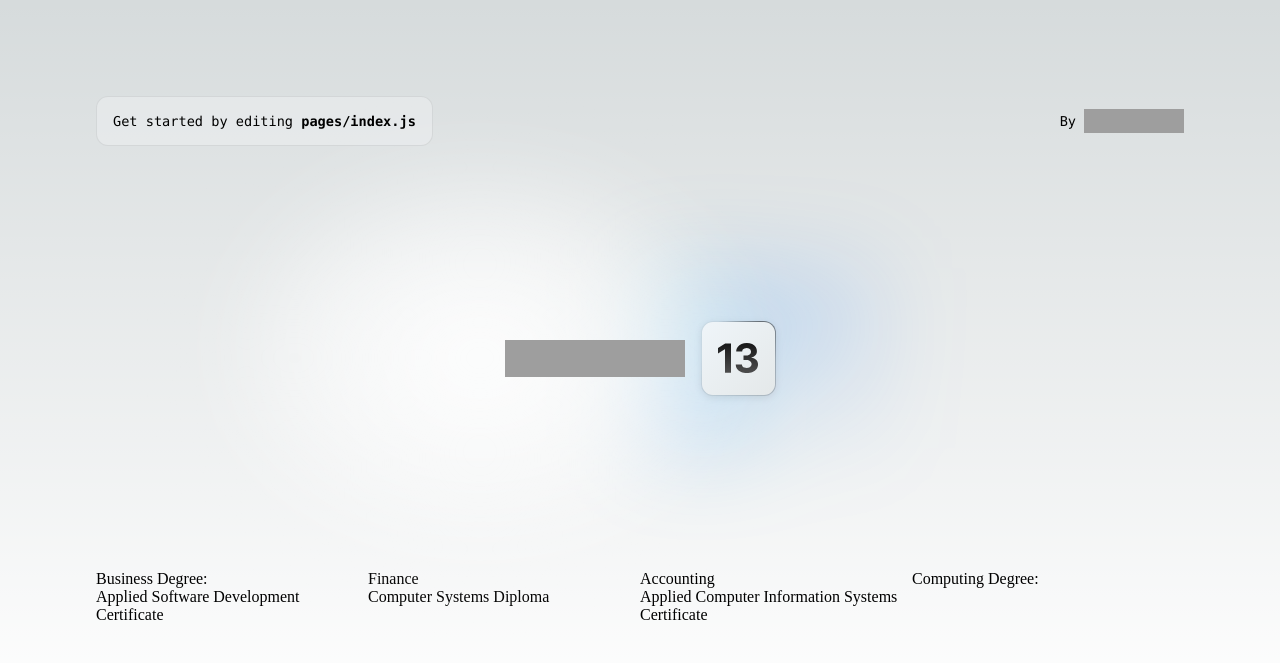
Repository: KushalK04/week3
Page: /
An editor plug-in stored every save of this project. The page is shown before and after the next save, followed by the edit.
The browser window is 1280 px wide. The pictures show the whole page.
Pictures or frames that could not be fetched are drawn as grey boxes. The project was rebuilt for these pictures with package versions that can differ from the ones it lists, and the page was loaded fresh each time. The framework's server and built-in components were replaced by stand-ins that run in the browser. Also part of the build but not shown: next.config.js.

Above is the page before, as saved 2023-01-16 15:05:40.

### pages/index.js
import Head from 'next/head'
import Image from 'next/image'
import { Inter } from '@next/font/google'
import styles from '../styles/Home.module.css'
import data from '../data/education.json'
import { useState } from 'react'
import Card from '../components/Card'

const inter = Inter({ subsets: ['latin'] })

export default function Home() {

  console.log(data);
  const [information, setInformation] = useState([...data])

  return (
    <>
      <Head>
        <title>Create Next App</title>
        <meta name="description" content="Generated by create next app" />
        <meta name="viewport" content="width=device-width, initial-scale=1" />
        <link rel="icon" href="/favicon.ico" />
      </Head>
      <main className={styles.main}>
        <div className={styles.description}>
          <p>
            Get started by editing&nbsp;
            <code className={styles.code}>pages/index.js</code>
          </p>
          <div>
            <a
              href="https://vercel.com?utm_source=create-next-app&utm_medium=default-template&utm_campaign=create-next-app"
              target="_blank"
              rel="noopener noreferrer"
            >
              By{' '}
              <Image
                src="/vercel.svg"
                alt="Vercel Logo"
                className={styles.vercelLogo}
                width={100}
                height={24}
                priority
              />
            </a>
          </div>
        </div>

        <div className={styles.center}>
          <Image
            className={styles.logo}
            src="/next.svg"
            alt="Next.js Logo"
            width={180}
            height={37}
            priority
          />
          <div className={styles.thirteen}>
            <Image
              src="/thirteen.svg"
              alt="13"
              width={40}
              height={31}
              priority
            />
          </div>
        </div>

        <div className={styles.grid}>
          <div>Business Degree:</div>
          {
            information && information.map((info, index) => {
              if(info.department === "Business") {

                return(
                  <div key={index}>{info.degree}</div>
                )

              }

            })
          }
          <div>Computing Degree:</div>
          {
            information && information.map((info, index) => {
              if(info.department === "Computing") {

                return(
                  <div key={index}>{info.degree}</div>
                )

              }

            })
          }
        </div>
      </main>
    </>
  )
}

### data/education.json
[
        {
            "studentNumber": "A0004567",
            "firstName": "Person 1",
            "gpa": 3.8,
            "department": "Business",
            "degree": "Finance",
            "graduted": 2014
        },
        {
            "studentNumber": "A0001234",
            "firstName": "Person 2",
            "gpa": 3.5,
            "department": "Business",
            "degree": "Accounting",
            "graduted": 2010
        },
        {
            "studentNumber": "A0007890",
            "firstName": "Person 3",
            "gpa": 3.2,
            "department": "Computing",
            "degree": "Applied Software Development Certificate",
            "graduted": 2018
        },
        {
            "studentNumber": "A0007828",
            "firstName": "Person 4",
            "gpa": 3.9,
            "department": "Computing",
            "degree": "Computer Systems Diploma",
            "graduted": 2021
        },
        {
            "studentNumber": "A0003425",
            "firstName": "Person 5",
            "gpa": 3.2,
            "department": "Computing",
            "degree": "Applied Computer Information Systems Certificate",
            "graduted": 2021
        }
]

### components/Card/index.js
export default function Card({
    degree = "none",
    colour = "purple",
    font = 0,
    image = 'icon/personTwo.png'
}) {
    return(
        <div style={{backgroundColor: colour, fontSize: font}}>
            {
                colour === "red" ? <img src={'icon/person.png'} width="50"/> :
                colour === "blue" ? <img src={'icon/personThree.png'} width="50"/> :
                                    <img src={image} width="50"/>
            }
            {degree}
        </div>
    )
}

Loaded but not shown: pages/_app.js (common file); pages/_document.js (common file); styles/globals.css (common file); styles/Home.module.css (common file)

After the next save:
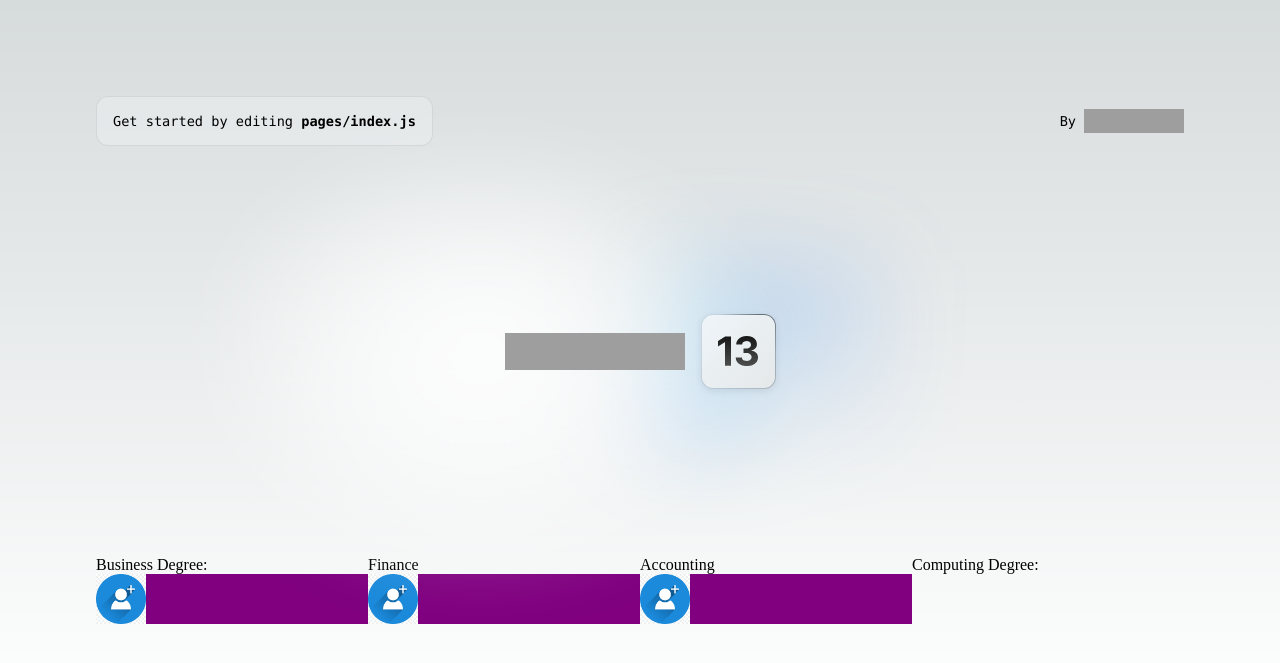
Saved 45 s later.
--- a/pages/index.js
+++ b/pages/index.js
@@ -86,7 +86,7 @@ export default function Home() {
               if(info.department === "Computing") {
 
                 return(
-                  <div key={index}>{info.degree}</div>
+                  <Card key={index} />
                 )
 
               }
